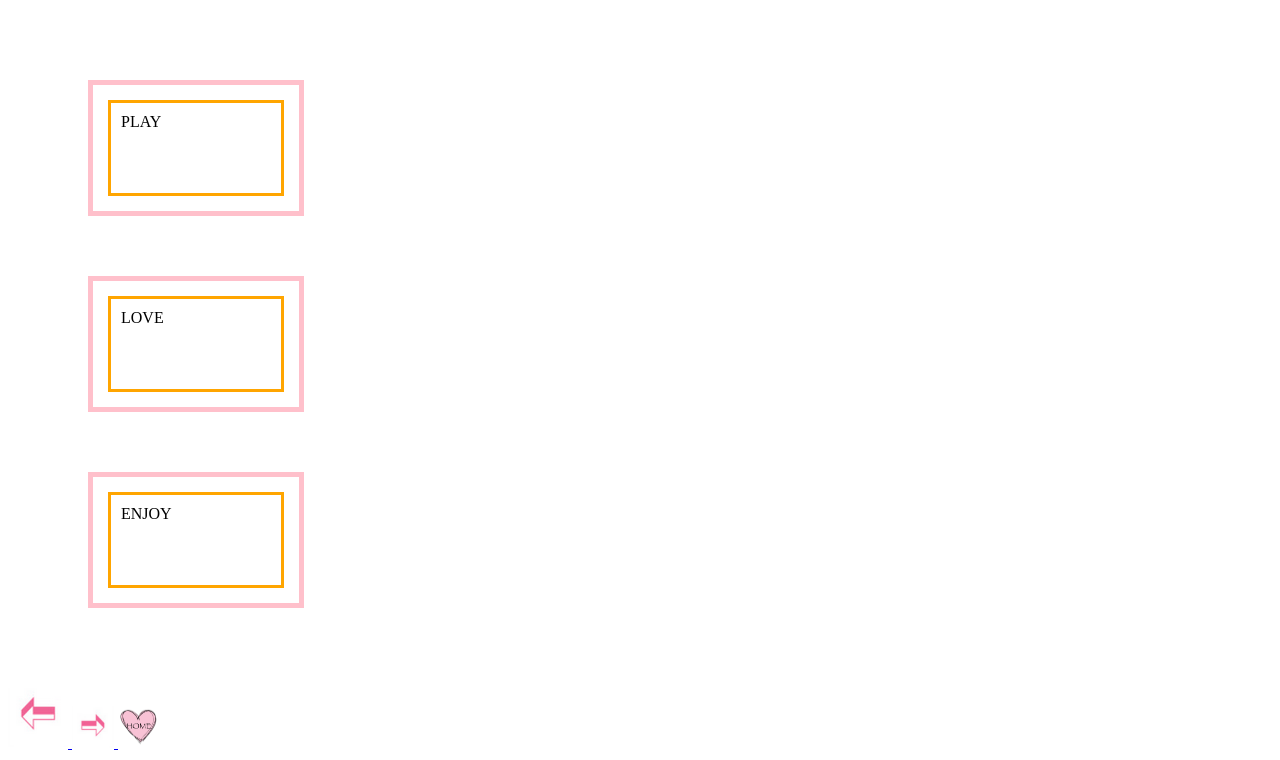
Repository: hyereechoi/hyereechoi.github.io
Page: h2.html
The author's editor kept a record of every edit. The page is drawn from the files as they stood at one moment, then again after the next edit.
The browser window is 1280 px wide. The pictures show the whole page.

Above is the page before.

After the next edit:
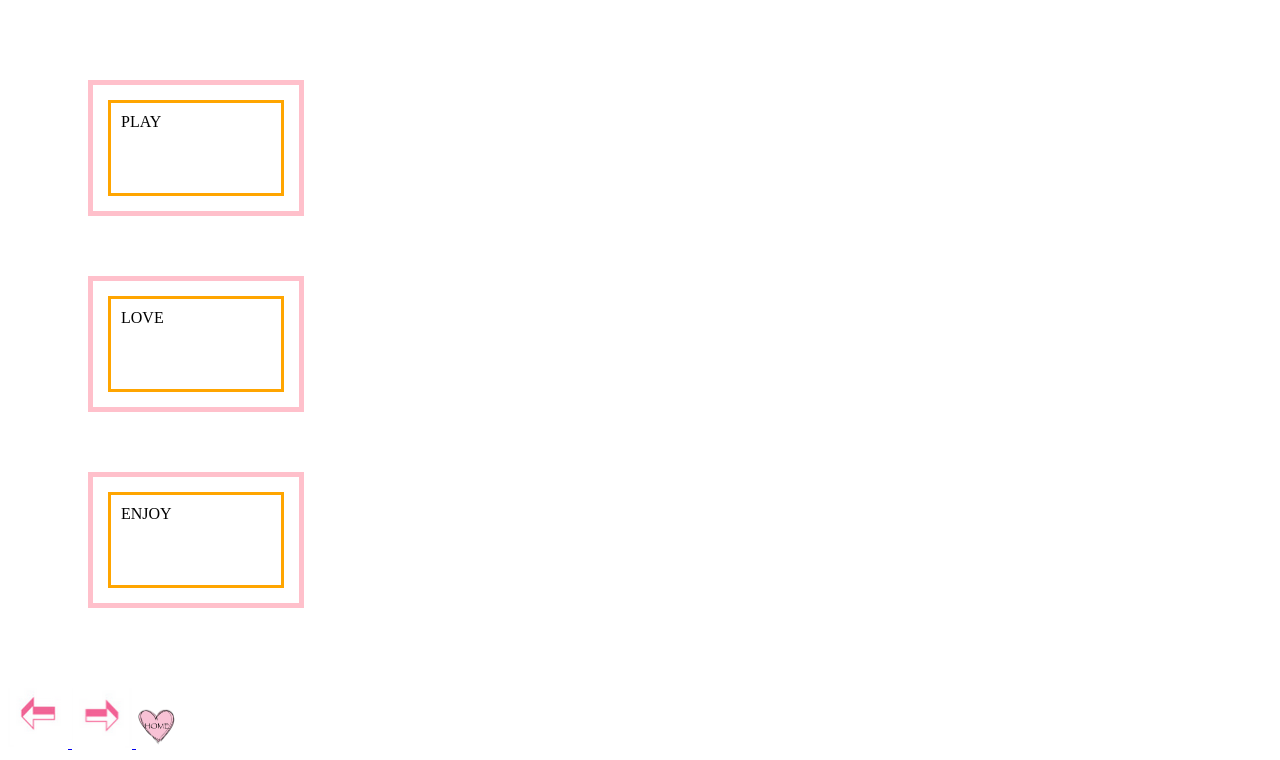
The edit:
--- a/h2.html
+++ b/h2.html
@@ -60,7 +60,7 @@
 
 
 <a href="h3.html">
-<img src="next.jpg" style="width:42px;height:42px;border:0">
+<img src="next.jpg" style="width:60px;height:60px;border:0">
 </a>
 
 <a href="index.html">
